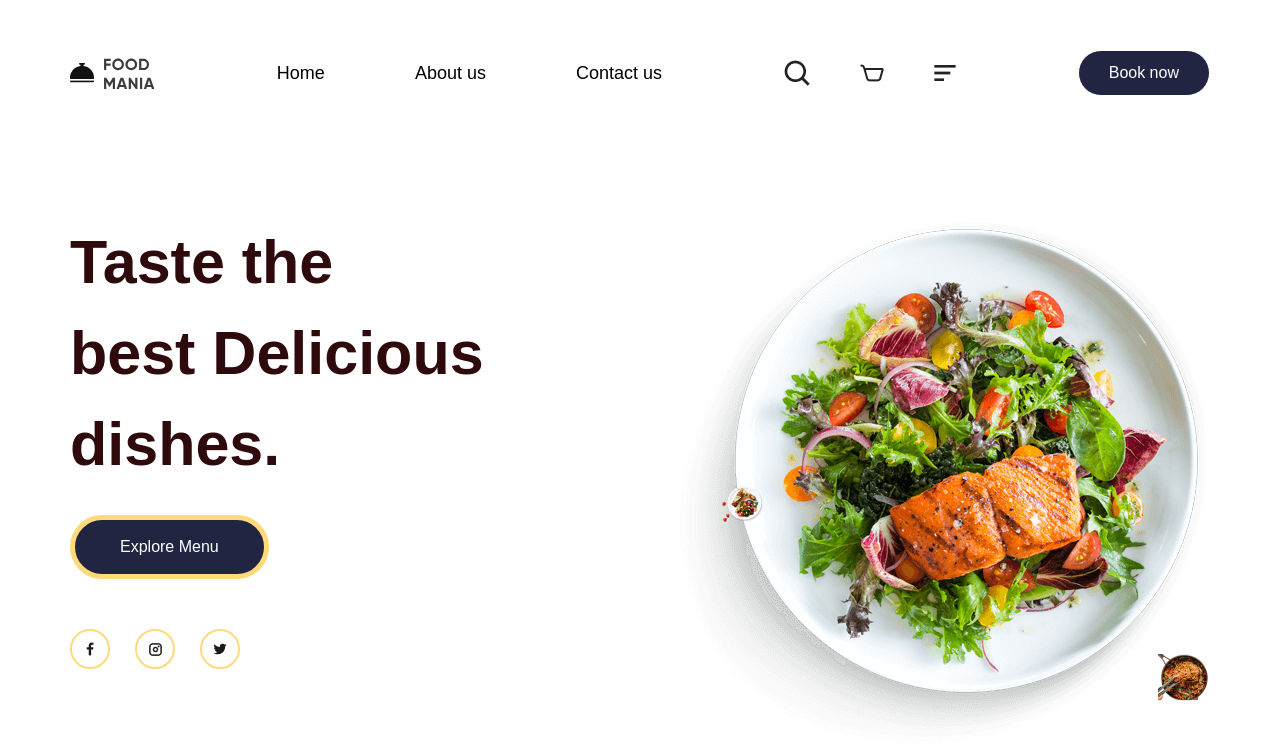
Repository: hoang0508/Figmafood
Page: index.html
These files come from the project's save history. The page is drawn as it stood at one moment and after the next save; the edit follows.
The browser window is 1280 px wide. The pictures show the whole page.
The style sheet was rebuilt from its Sass, Less or Tailwind sources for each picture, by a compiler version that may differ from the author's.

Above is the page before, as saved 2021-11-08 09:56:35.

After the next save:
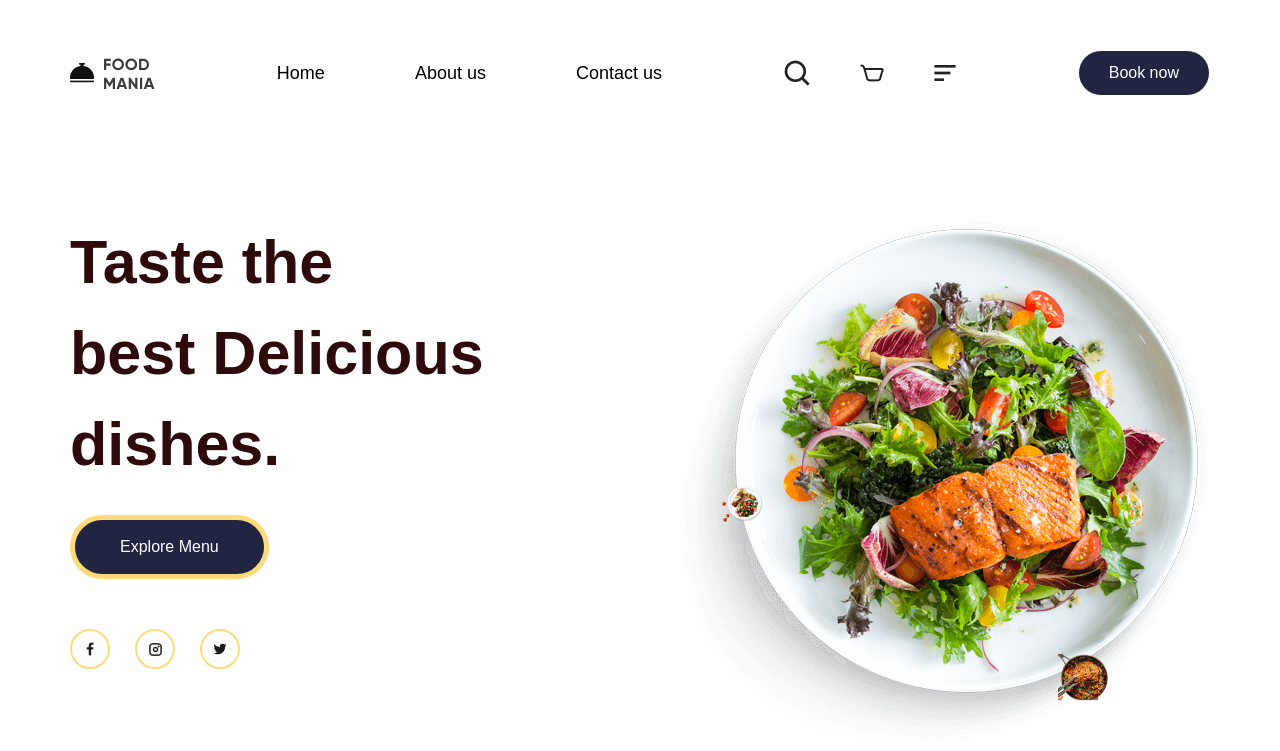
Saved 6 s later.
--- a/sass/_hero.scss
+++ b/sass/_hero.scss
@@ -45,6 +45,6 @@
   &-image--small-bottom {
     position: absolute;
     bottom: 50px;
-    right: 0;
+    right: 100px;
   }
 }
